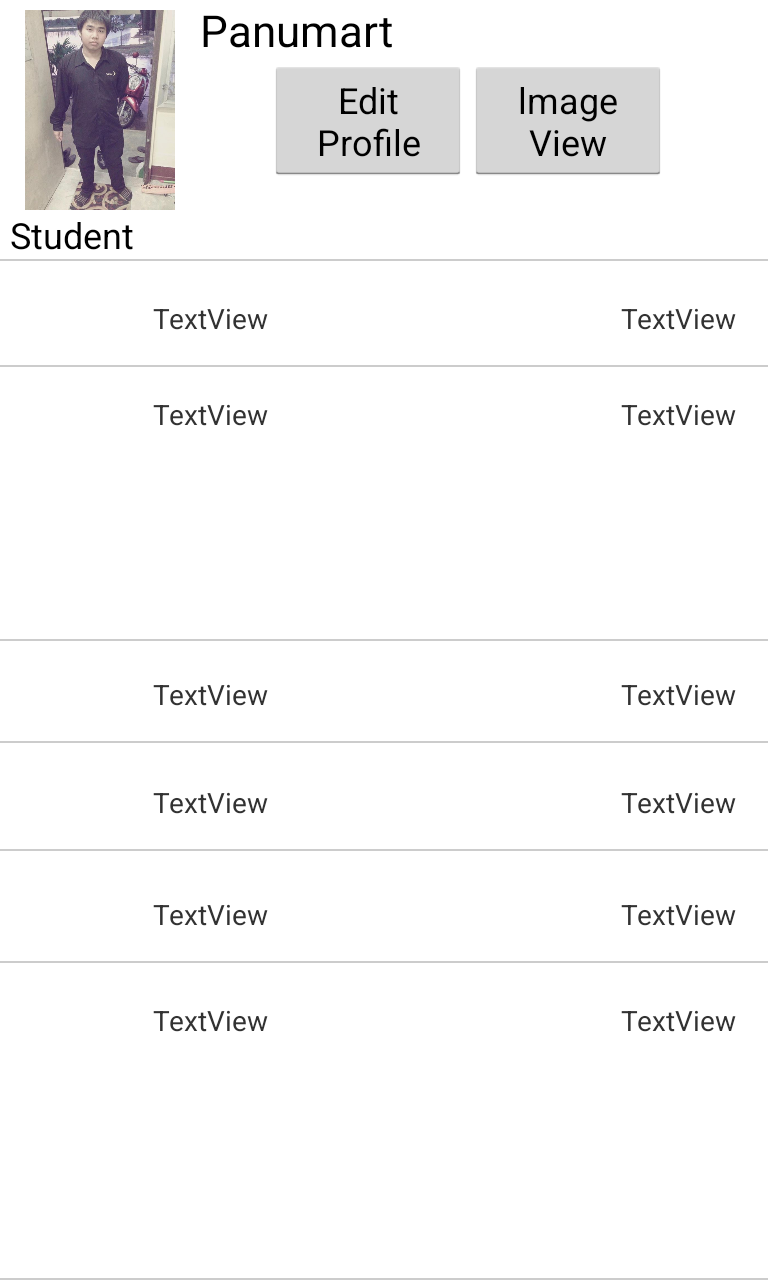
Repository: PanumartThamkawin/Resuma_55410657
Layout: Panu657/res/layout/activity_main.xml
The author's editor kept a copy of each file at every save. The layout is drawn from the files as they stood at one save, then again after the next save.
It is drawn on a 768 x 1280 px phone screen (xhdpi) without system bars, with theme AppTheme; the app's code is not run.

Above is the layout before, as saved 2014-09-01 06:44:05.

### Panu657/res/layout/activity_main.xml
<RelativeLayout xmlns:android="http://schemas.android.com/apk/res/android"
    xmlns:tools="http://schemas.android.com/tools"
    android:layout_width="match_parent"
    android:layout_height="match_parent"
    android:layout_marginLeft="5dp"
    tools:context="${relativePackage}.${activityClass}" >

    <LinearLayout
        android:id="@+id/linearLayout1"
        android:layout_width="100dp"
        android:layout_height="100dp"
        android:layout_marginTop="5dp" >

        <ImageView
            android:id="@+id/imageView1"
            android:layout_width="wrap_content"
            android:layout_height="wrap_content"
            android:src="@drawable/jame" />
    </LinearLayout>

    <TextView
        android:id="@+id/textView1"
        android:layout_width="wrap_content"
        android:layout_height="wrap_content"
        android:layout_alignParentTop="true"
        android:layout_toRightOf="@+id/linearLayout1"
        android:text="Panumart "
        android:textAppearance="?android:attr/textAppearanceLarge" />

    <LinearLayout
        android:id="@+id/linearLayout3"
        android:layout_width="wrap_content"
        android:layout_height="wrap_content"
        android:layout_alignParentRight="true"
        android:layout_below="@id/textView1"
        android:layout_marginRight="50dp" >

        <Button
            android:id="@+id/button1"
            android:layout_width="100dp"
            android:layout_height="wrap_content"
            android:text="Edit Profile" />

        <Button
            android:id="@+id/button2"
            android:layout_width="100dp"
            android:layout_height="wrap_content"
            android:text="lmage View" />
    </LinearLayout>

    <LinearLayout
        android:id="@+id/linearLayout2"
        android:layout_width="match_parent"
        android:layout_height="wrap_content"
        android:layout_below="@id/linearLayout1" >

        <TextView
            android:id="@+id/textView2"
            android:layout_width="wrap_content"
            android:layout_height="wrap_content"
            android:layout_marginLeft="5dp"
            android:text="Student "
            android:textAppearance="?android:attr/textAppearanceMedium" />
    </LinearLayout>

    <TextView
        android:id="@+id/textView4"
        android:layout_width="wrap_content"
        android:layout_height="wrap_content"
        android:layout_alignParentRight="true"
        android:layout_below="@+id/view1"
        android:layout_marginRight="16dp"
        android:layout_marginTop="19dp"
        android:text="TextView" />

    <TextView
        android:id="@+id/textView3"
        android:layout_width="wrap_content"
        android:layout_height="wrap_content"
        android:layout_alignBaseline="@+id/textView4"
        android:layout_alignBottom="@+id/textView4"
        android:layout_toLeftOf="@+id/linearLayout3"
        android:text="TextView" />

    <TextView
        android:id="@+id/textView5"
        android:layout_width="wrap_content"
        android:layout_height="wrap_content"
        android:layout_below="@+id/view2"
        android:layout_marginTop="14dp"
        android:layout_toLeftOf="@+id/linearLayout3"
        android:text="TextView" />

    <View
        android:id="@+id/view1"
        android:layout_width="wrap_content"
        android:layout_height="1dp"
        android:layout_alignParentLeft="true"
        android:layout_below="@+id/linearLayout2"
        android:background="#cccccc" />

    <View
        android:id="@+id/view2"
        android:layout_width="wrap_content"
        android:layout_height="1dp"
        android:layout_alignParentLeft="true"
        android:layout_below="@+id/textView4"
        android:layout_marginTop="14dp"
        android:background="#cccccc" />

    <TextView
        android:id="@+id/textView6"
        android:layout_width="wrap_content"
        android:layout_height="wrap_content"
        android:layout_alignBaseline="@+id/textView5"
        android:layout_alignBottom="@+id/textView5"
        android:layout_alignLeft="@+id/textView4"
        android:text="TextView" />

    <TextView
        android:id="@+id/textView7"
        android:layout_width="wrap_content"
        android:layout_height="wrap_content"
        android:layout_alignLeft="@+id/textView5"
        android:layout_below="@+id/View01"
        android:layout_marginTop="17dp"
        android:text="TextView" />

    <TextView
        android:id="@+id/textView8"
        android:layout_width="wrap_content"
        android:layout_height="wrap_content"
        android:layout_alignBaseline="@+id/textView7"
        android:layout_alignBottom="@+id/textView7"
        android:layout_alignLeft="@+id/textView6"
        android:text="TextView" />

    <View
        android:id="@+id/View05"
        android:layout_width="wrap_content"
        android:layout_height="1dp"
        android:layout_alignParentBottom="true"
        android:layout_alignParentLeft="true"
        android:background="#cccccc" />

    <TextView
        android:id="@+id/textView9"
        android:layout_width="wrap_content"
        android:layout_height="wrap_content"
        android:layout_alignLeft="@+id/textView7"
        android:layout_below="@+id/View02"
        android:layout_marginTop="20dp"
        android:text="TextView" />

    <TextView
        android:id="@+id/textView10"
        android:layout_width="wrap_content"
        android:layout_height="wrap_content"
        android:layout_alignBaseline="@+id/textView9"
        android:layout_alignBottom="@+id/textView9"
        android:layout_alignLeft="@+id/textView8"
        android:text="TextView" />

    <TextView
        android:id="@+id/textView11"
        android:layout_width="wrap_content"
        android:layout_height="wrap_content"
        android:layout_alignLeft="@+id/textView9"
        android:layout_below="@+id/View03"
        android:layout_marginTop="22dp"
        android:text="TextView" />

    <TextView
        android:id="@+id/textView12"
        android:layout_width="wrap_content"
        android:layout_height="wrap_content"
        android:layout_alignBaseline="@+id/textView11"
        android:layout_alignBottom="@+id/textView11"
        android:layout_alignLeft="@+id/textView10"
        android:text="TextView" />

    <View
        android:id="@+id/View01"
        android:layout_width="wrap_content"
        android:layout_height="1dp"
        android:layout_alignParentLeft="true"
        android:layout_centerVertical="true"
        android:background="#cccccc" />

    <View
        android:id="@+id/View02"
        android:layout_width="wrap_content"
        android:layout_height="1dp"
        android:layout_alignParentLeft="true"
        android:layout_below="@+id/textView7"
        android:layout_marginTop="14dp"
        android:background="#cccccc" />

    <View
        android:id="@+id/View03"
        android:layout_width="wrap_content"
        android:layout_height="1dp"
        android:layout_alignParentLeft="true"
        android:layout_below="@+id/textView9"
        android:layout_marginTop="14dp"
        android:background="#cccccc" />

    <View
        android:id="@+id/View04"
        android:layout_width="wrap_content"
        android:layout_height="1dp"
        android:layout_alignParentLeft="true"
        android:layout_below="@+id/textView11"
        android:layout_marginTop="14dp"
        android:background="#cccccc" />

    <TextView
        android:id="@+id/textView13"
        android:layout_width="wrap_content"
        android:layout_height="wrap_content"
        android:layout_below="@+id/View04"
        android:layout_marginTop="19dp"
        android:layout_toLeftOf="@+id/linearLayout3"
        android:text="TextView" />

    <TextView
        android:id="@+id/textView14"
        android:layout_width="wrap_content"
        android:layout_height="wrap_content"
        android:layout_alignBaseline="@+id/textView13"
        android:layout_alignBottom="@+id/textView13"
        android:layout_alignLeft="@+id/textView12"
        android:text="TextView" />

</RelativeLayout>

Loaded but not shown: Panu657/res/values/styles.xml (common file); Panu657/res/values-v11/styles.xml (common file); Panu657/res/values-v14/styles.xml (common file)

After the next save:
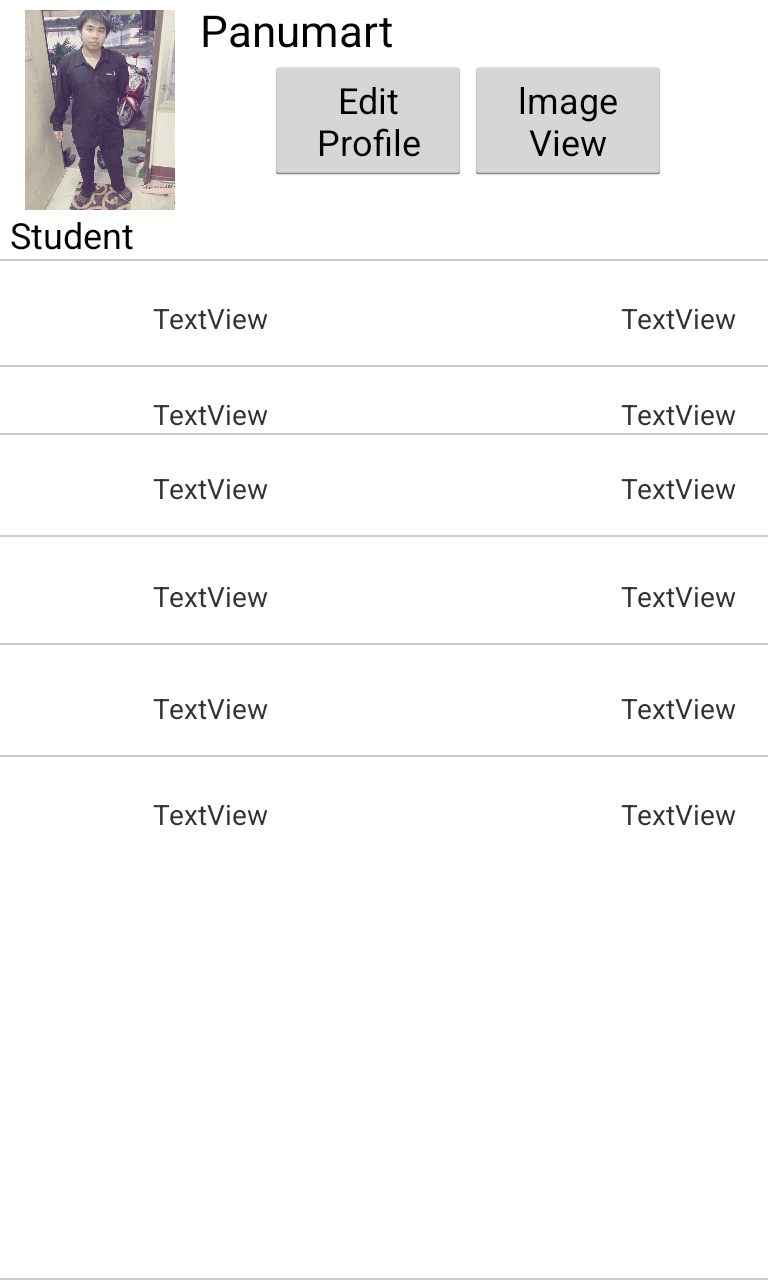
Saved 37 s later.
--- a/Panu657/res/layout/activity_main.xml
+++ b/Panu657/res/layout/activity_main.xml
@@ -180,14 +180,6 @@
         android:text="TextView" />
 
     <View
-        android:id="@+id/View01"
-        android:layout_width="wrap_content"
-        android:layout_height="1dp"
-        android:layout_alignParentLeft="true"
-        android:layout_centerVertical="true"
-        android:background="#cccccc" />
-
-    <View
         android:id="@+id/View02"
         android:layout_width="wrap_content"
         android:layout_height="1dp"
@@ -232,4 +224,12 @@
         android:layout_alignLeft="@+id/textView12"
         android:text="TextView" />
 
+    <View
+        android:id="@+id/View01"
+        android:layout_width="wrap_content"
+        android:layout_height="1dp"
+        android:layout_alignParentLeft="true"
+        android:layout_below="@+id/textView5"
+        android:background="#cccccc" />
+
 </RelativeLayout>

After the save that followed:
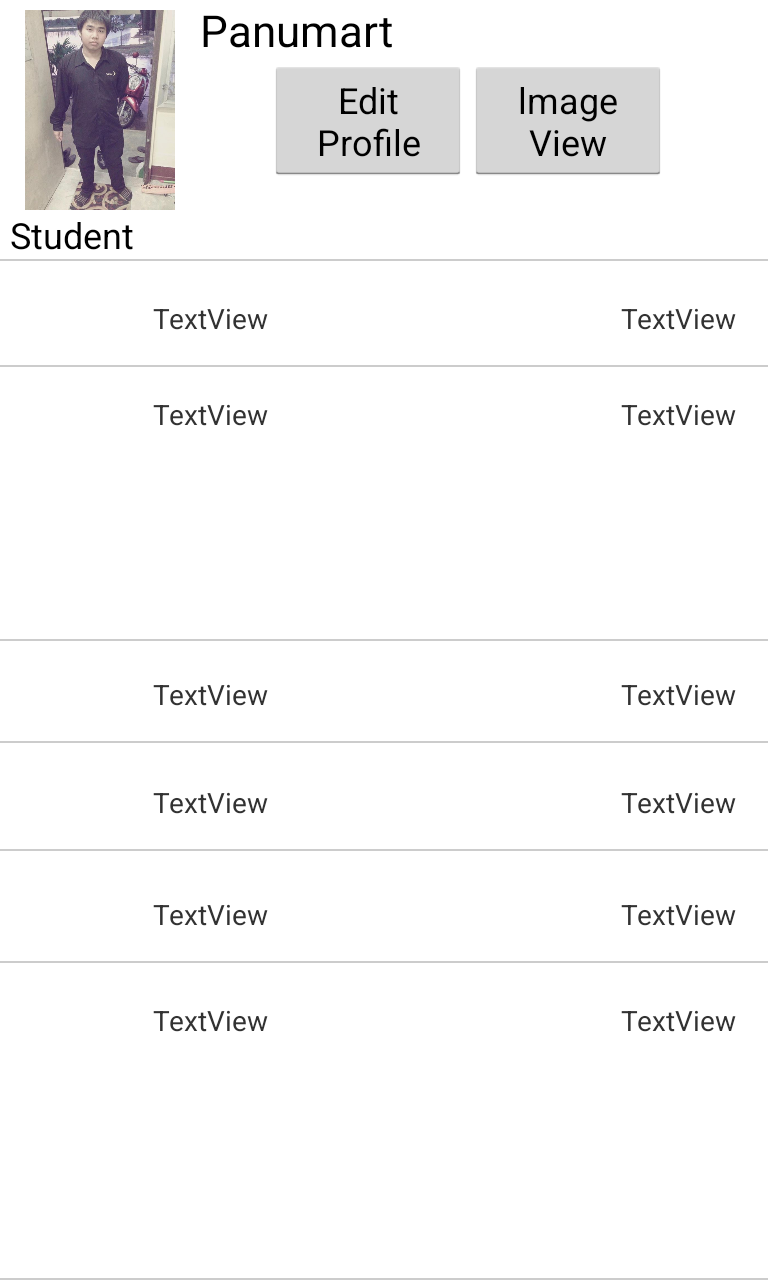
Saved 32 s later.
--- a/Panu657/res/layout/activity_main.xml
+++ b/Panu657/res/layout/activity_main.xml
@@ -229,7 +229,7 @@
         android:layout_width="wrap_content"
         android:layout_height="1dp"
         android:layout_alignParentLeft="true"
-        android:layout_below="@+id/textView5"
+        android:layout_centerVertical="true"
         android:background="#cccccc" />
 
 </RelativeLayout>
